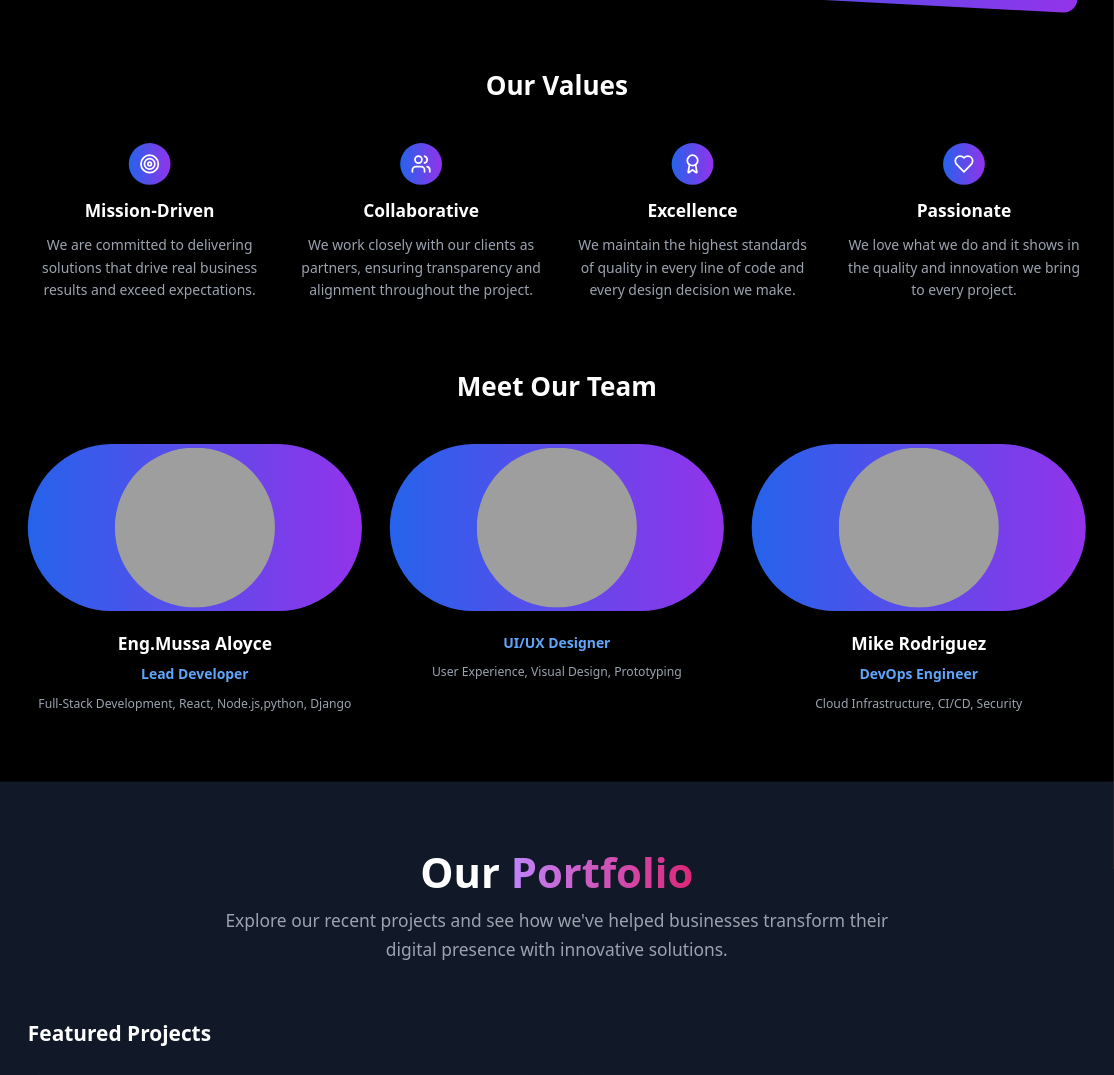
Repository: naza-webtech/nazawebtech.com
Page: /
These files come from the project's save history. The page is drawn as it stood at one moment and after a run of saves; the edit follows.
The browser window is 1280 px wide. The pictures show the part of the page from y = 3674 to 4910 px (the page is 9097 px tall), at 87% of full size.
Pictures or frames that could not be fetched are drawn as grey boxes. The project was rebuilt for these pictures with package versions that can differ from the ones it lists, and the page was loaded fresh each time. Also part of the build but not shown: vite.config.ts.

Above is the page before, as saved 2025-11-14 09:19:29.

### index.html
<!doctype html>
<html lang="en">
  <head>
    <meta charset="UTF-8" />
    <link rel="icon" type="image/svg+xml" href="/vite.svg" />
    <meta name="viewport" content="width=device-width, initial-scale=1.0" />
    <title>NazaWebTech - Web Development & Digital Solutions</title>
    <meta name="description" content="Transform your business with innovative web development, mobile apps, and digital solutions. Expert team delivering cutting-edge technology solutions.">
    <meta name="keywords" content="web development, mobile apps, e-commerce, digital solutions, React, Next.js, technology consulting">
  </head>
  <body>
    <div id="root"></div>
    <script type="module" src="/src/main.tsx"></script>
  </body>
</html>

### src/App.tsx
import React from 'react';
import Header from './components/Header';
import Hero from './components/Hero';
import Services from './components/Services';
import About from './components/About';
import Portfolio from './components/Portfolio';
import Testimonials from './components/Testimonials';
import Contact from './components/Contact';
import Footer from './components/Footer';

function App() {
  return (
    <div className="bg-black">
      <Header />
      <Hero />
      <Services />
      <About />
      <Portfolio />
      <Testimonials />
      <Contact />
      <Footer />
    </div>
  );
}

export default App;

### src/components/Header.tsx
import React, { useState, useEffect } from 'react';
import { Menu, X, Code2 } from 'lucide-react';

const Header = () => {
  const [isMenuOpen, setIsMenuOpen] = useState(false);
  const [isScrolled, setIsScrolled] = useState(false);

  useEffect(() => {
    const handleScroll = () => {
      setIsScrolled(window.scrollY > 50);
    };
    window.addEventListener('scroll', handleScroll);
    return () => window.removeEventListener('scroll', handleScroll);
  }, []);

  const navItems = [
    { label: 'Home', href: '#home' },
    { label: 'Services', href: '#services' },
    { label: 'About', href: '#about' },
    { label: 'Portfolio', href: '#portfolio' },
    { label: 'Contact', href: '#contact' },
  ];

  const scrollToSection = (href: string) => {
    const element = document.querySelector(href);
    if (element) {
      element.scrollIntoView({ behavior: 'smooth' });
      setIsMenuOpen(false);
    }
  };

  return (
    <header className={`fixed top-0 left-0 right-0 z-50 transition-all duration-300 ${
      isScrolled ? 'bg-gray-900/95 backdrop-blur-md shadow-lg' : 'bg-transparent'
    }`}>
      <div className="max-w-7xl mx-auto px-4 sm:px-6 lg:px-8">
        <div className="flex items-center justify-between h-16">
          <div className="flex items-center space-x-2">
            <Code2 className="h-8 w-8 text-blue-500" />
            <span className="text-xl font-bold text-white">NazaWebTech</span>
          </div>

          <nav className="hidden md:flex items-center space-x-8">
            {navItems.map((item) => (
              <button
                key={item.label}
                onClick={() => scrollToSection(item.href)}
                className="text-gray-300 hover:text-white transition-colors duration-200 font-medium"
              >
                {item.label}
              </button>
            ))}
            <button
              onClick={() => scrollToSection('#contact')}
              className="bg-blue-600 hover:bg-blue-700 text-white px-6 py-2 rounded-full transition-colors duration-200 font-medium"
            >
              Get Started
            </button>
          </nav>

          <button
            className="md:hidden text-white"
            onClick={() => setIsMenuOpen(!isMenuOpen)}
          >
            {isMenuOpen ? <X size={24} /> : <Menu size={24} />}
          </button>
        </div>

        {/* Mobile menu */}
        {isMenuOpen && (
          <div className="md:hidden bg-gray-900/95 backdrop-blur-md rounded-lg mt-2 p-4">
            {navItems.map((item) => (
              <button
                key={item.label}
                onClick={() => scrollToSection(item.href)}
                className="block w-full text-left text-gray-300 hover:text-white py-2 transition-colors duration-200"
              >
                {item.label}
              </button>
            ))}
            <button
              onClick={() => scrollToSection('#contact')}
              className="w-full bg-blue-600 hover:bg-blue-700 text-white px-6 py-2 rounded-full transition-colors duration-200 mt-4"
            >
              Get Started
            </button>
          </div>
        )}
      </div>
    </header>
  );
};

export default Header;

### src/components/Hero.tsx
import React from 'react';
import { ArrowRight, Play } from 'lucide-react';

const Hero = () => {
  const scrollToSection = (href: string) => {
    const element = document.querySelector(href);
    if (element) {
      element.scrollIntoView({ behavior: 'smooth' });
    }
  };

  return (
    <section id="home" className="relative min-h-screen flex items-center justify-center overflow-hidden">
      {/* Background */}
      <div className="absolute inset-0 bg-gradient-to-br from-gray-900 via-gray-800 to-black">
        <div className="absolute inset-0 bg-[url('https://images.pexels.com/photos/546819/pexels-photo-546819.jpeg')] bg-cover bg-center opacity-10"></div>
        <div className="absolute inset-0 bg-gradient-to-r from-blue-600/20 to-purple-600/20"></div>
      </div>

      {/* Animated particles */}
      <div className="absolute inset-0">
        {[...Array(20)].map((_, i) => (
          <div
            key={i}
            className="absolute w-2 h-2 bg-blue-500 rounded-full opacity-30 animate-pulse"
            style={{
              left: `${Math.random() * 100}%`,
              top: `${Math.random() * 100}%`,
              animationDelay: `${Math.random() * 3}s`,
              animationDuration: `${2 + Math.random() * 3}s`,
            }}
          />
        ))}
      </div>

      <div className="relative z-10 max-w-7xl mx-auto px-4 sm:px-6 lg:px-8 text-center">
        <div className="max-w-4xl mx-auto">
          <h1 className="text-5xl md:text-7xl font-bold text-white mb-6 leading-tight">
            <span className="bg-gradient-to-r from-blue-400 to-purple-600 bg-clip-text text-transparent">
              Crafting
            </span>{' '}
            Digital Excellence
          </h1>

          <p className="text-xl md:text-2xl text-gray-300 mb-8 leading-relaxed max-w-3xl mx-auto">
            We transform your vision into powerful digital experiences through cutting-edge web development,
            innovative design, and strategic technology solutions.
          </p>

          <div className="flex flex-col sm:flex-row items-center justify-center gap-4 mb-12">
            <button
              onClick={() => scrollToSection('#services')}
              className="group bg-blue-600 hover:bg-blue-700 text-white px-8 py-4 rounded-full font-semibold transition-all duration-300 transform hover:scale-105 hover:shadow-xl flex items-center gap-2"
            >
              Explore Our Services
              <ArrowRight className="w-5 h-5 group-hover:translate-x-1 transition-transform duration-300" />
            </button>

            <button
              onClick={() => scrollToSection('#portfolio')}
              className="group bg-transparent border-2 border-white text-white hover:bg-white hover:text-gray-900 px-8 py-4 rounded-full font-semibold transition-all duration-300 flex items-center gap-2"
            >
              <Play className="w-5 h-5" />
              View Our Work
            </button>
          </div>

          <div className="grid grid-cols-1 md:grid-cols-3 gap-8 mt-16">
            <div className="text-center">
              <div className="text-4xl font-bold text-blue-400 mb-2">50+</div>
              <div className="text-gray-400">Projects Completed</div>
            </div>
            <div className="text-center">
              <div className="text-4xl font-bold text-emerald-400 mb-2">5+</div>
              <div className="text-gray-400">Years Experience</div>
            </div>
            <div className="text-center">
              <div className="text-4xl font-bold text-orange-400 mb-2">100%</div>
              <div className="text-gray-400">Client Satisfaction</div>
            </div>
          </div>
        </div>
      </div>

      {/* Scroll indicator */}
      <div className="absolute bottom-8 left-1/2 transform -translate-x-1/2 animate-bounce">
        <div className="w-6 h-10 border-2 border-white rounded-full flex justify-center">
          <div className="w-1 h-3 bg-white rounded-full mt-2 animate-pulse"></div>
        </div>
      </div>
    </section>
  );
};

export default Hero;

### src/components/About.tsx
import React from 'react';
import { Users, Award, Target, Heart } from 'lucide-react';

const About = () => {
  const values = [
    {
      icon: <Target className="w-6 h-6" />,
      title: 'Mission-Driven',
      description: 'We are committed to delivering solutions that drive real business results and exceed expectations.'
    },
    {
      icon: <Users className="w-6 h-6" />,
      title: 'Collaborative',
      description: 'We work closely with our clients as partners, ensuring transparency and alignment throughout the project.'
    },
    {
      icon: <Award className="w-6 h-6" />,
      title: 'Excellence',
      description: 'We maintain the highest standards of quality in every line of code and every design decision we make.'
    },
    {
      icon: <Heart className="w-6 h-6" />,
      title: 'Passionate',
      description: 'We love what we do and it shows in the quality and innovation we bring to every project.'
    }
  ];

  const team = [
    {
      name: 'Eng.Mussa Aloyce',
      role: 'Lead Developer',
      image: 'p',
      expertise: 'Full-Stack Development, React, Node.js,python, Django'
    },
    {
      name: '',
      role: 'UI/UX Designer',
      image: 'https://images.pexels.com/photos/774909/pexels-photo-774909.jpeg',
      expertise: 'User Experience, Visual Design, Prototyping'
    },
    {
      name: 'Mike Rodriguez',
      role: 'DevOps Engineer',
      image: 'https://images.pexels.com/photos/697509/pexels-photo-697509.jpeg',
      expertise: 'Cloud Infrastructure, CI/CD, Security'
    }
  ];

  return (
    <section id="about" className="py-20 bg-black">
      <div className="max-w-7xl mx-auto px-4 sm:px-6 lg:px-8">
        <div className="text-center mb-16">
          <h2 className="text-4xl md:text-5xl font-bold text-white mb-4">
            About <span className="bg-gradient-to-r from-emerald-400 to-blue-600 bg-clip-text text-transparent">NazaWebTech</span>
          </h2>
          <p className="text-xl text-gray-400 max-w-3xl mx-auto leading-relaxed">
            We're a passionate team of developers, designers, and strategists dedicated to creating
            exceptional digital experiences that drive business growth.
          </p>
        </div>

        <div className="grid grid-cols-1 lg:grid-cols-2 gap-16 items-center mb-20">
          <div>
            <h3 className="text-3xl font-bold text-white mb-6">Our Story</h3>
            <p className="text-gray-300 mb-6 leading-relaxed">
              Founded in 2019, NazaWebTech began as a vision to bridge the gap between cutting-edge
              technology and business success. We've grown from a small startup to a trusted partner
              for businesses ranging from startups to enterprise corporations.
            </p>
            <p className="text-gray-300 mb-6 leading-relaxed">
              Our approach combines technical expertise with deep business understanding, ensuring
              that every solution we create not only works flawlessly but also drives measurable
              results for our clients.
            </p>
            <div className="flex items-center space-x-8">
              <div>
                <div className="text-2xl font-bold text-emerald-400">50+</div>
                <div className="text-gray-400 text-sm">Happy Clients</div>
              </div>
              <div>
                <div className="text-2xl font-bold text-blue-400">100+</div>
                <div className="text-gray-400 text-sm">Projects</div>
              </div>
              <div>
                <div className="text-2xl font-bold text-orange-400">5+</div>
                <div className="text-gray-400 text-sm">Years</div>
              </div>
            </div>
          </div>

          <div className="relative">
            <div className="absolute inset-0 bg-gradient-to-r from-blue-600 to-purple-600 rounded-2xl transform rotate-3"></div>
            <img
              src="https://images.pexels.com/photos/3183150/pexels-photo-3183150.jpeg"
              alt="Team working"
              className="relative rounded-2xl w-full h-96 object-cover"
            />
          </div>
        </div>

        <div className="mb-20">
          <h3 className="text-3xl font-bold text-white text-center mb-12">Our Values</h3>
          <div className="grid grid-cols-1 md:grid-cols-2 lg:grid-cols-4 gap-8">
            {values.map((value, index) => (
              <div key={index} className="text-center">
                <div className="bg-gradient-to-r from-blue-600 to-purple-600 w-12 h-12 rounded-full flex items-center justify-center mx-auto mb-4 text-white">
                  {value.icon}
                </div>
                <h4 className="text-xl font-bold text-white mb-3">{value.title}</h4>
                <p className="text-gray-400 leading-relaxed">{value.description}</p>
              </div>
            ))}
          </div>
        </div>

        <div>
          <h3 className="text-3xl font-bold text-white text-center mb-12">Meet Our Team</h3>
          <div className="grid grid-cols-1 md:grid-cols-3 gap-8">
            {team.map((member, index) => (
              <div key={index} className="group text-center">
                <div className="relative mb-6">
                  <div className="absolute inset-0 bg-gradient-to-r from-blue-600 to-purple-600 rounded-full transform group-hover:scale-105 transition-transform duration-300"></div>
                  <img
                    src={member.image}
                    alt={member.name}
                    className="relative w-48 h-48 rounded-full object-cover mx-auto p-1"
                  />
                </div>
                <h4 className="text-xl font-bold text-white mb-2">{member.name}</h4>
                <p className="text-blue-400 font-semibold mb-3">{member.role}</p>
                <p className="text-gray-400 text-sm">{member.expertise}</p>
              </div>
            ))}
          </div>
        </div>
      </div>
    </section>
  );
};

export default About;

### src/components/Testimonials.tsx
import React from 'react';
import { Star, Quote } from 'lucide-react';

const Testimonials = () => {
  const testimonials = [
    {
      name: 'M',
      role: 'CEO, TechStart Inc.',
      image: 'https://images.pexels.com/photos/415829/pexels-photo-415829.jpeg',
      content: 'NazaWebTech transformed our outdated website into a modern, high-performing platform that increased our conversions by 200%. Their attention to detail and technical expertise is unmatched.',
      rating: 5
    },
    {
      name: 'David Kim',
      role: 'Founder, EcoCommerce',
      image: 'https://images.pexels.com/photos/1222271/pexels-photo-1222271.jpeg',
      content: 'Working with NazaWebTech was a game-changer for our e-commerce business. They delivered a scalable solution that handles our peak traffic seamlessly. Highly recommended!',
      rating: 5
    },
    {
      name: 'Maria Santos',
      role: 'CTO, HealthTech Solutions',
      image: 'https://images.pexels.com/photos/733872/pexels-photo-733872.jpeg',
      content: 'The team\'s expertise in healthcare technology and compliance requirements was impressive. They delivered a HIPAA-compliant platform that exceeds all our expectations.',
      rating: 5
    },
    {
      name: 'Robert Chen',
      role: 'Director, Financial Services',
      image: 'https://images.pexels.com/photos/1043471/pexels-photo-1043471.jpeg',
      content: 'Security and performance were our top priorities, and NazaWebTech delivered on both fronts. Our mobile app has been running flawlessly with zero security incidents.',
      rating: 5
    }
  ];

  return (
    <section className="py-20 bg-black">
      <div className="max-w-7xl mx-auto px-4 sm:px-6 lg:px-8">
        <div className="text-center mb-16">
          <h2 className="text-4xl md:text-5xl font-bold text-white mb-4">
            What Our <span className="bg-gradient-to-r from-yellow-400 to-orange-600 bg-clip-text text-transparent">Clients Say</span>
          </h2>
          <p className="text-xl text-gray-400 max-w-3xl mx-auto leading-relaxed">
            Don't just take our word for it. Here's what our clients have to say about
            working with NazaWebTech.
          </p>
        </div>

        <div className="grid grid-cols-1 md:grid-cols-2 gap-8">
          {testimonials.map((testimonial, index) => (
            <div
              key={index}
              className="group bg-gray-900/50 backdrop-blur-sm rounded-2xl p-8 border border-gray-700/50 hover:border-yellow-500/50 transition-all duration-300 hover:transform hover:scale-105 hover:shadow-2xl relative"
            >
              <Quote className="absolute top-6 right-6 w-8 h-8 text-yellow-500/20" />

              <div className="flex items-center mb-6">
                <img
                  src={testimonial.image}
                  alt={testimonial.name}
                  className="w-16 h-16 rounded-full object-cover mr-4"
                />
                <div>
                  <h4 className="text-xl font-bold text-white">{testimonial.name}</h4>
                  <p className="text-gray-400">{testimonial.role}</p>
                </div>
              </div>

              <div className="flex mb-4">
                {[...Array(testimonial.rating)].map((_, starIndex) => (
                  <Star key={starIndex} className="w-5 h-5 text-yellow-500 fill-current" />
                ))}
              </div>

              <p className="text-gray-300 leading-relaxed italic">
                "{testimonial.content}"
              </p>
            </div>
          ))}
        </div>

        <div className="text-center mt-16">
          <div className="inline-flex items-center space-x-8 bg-gray-900/50 rounded-full px-8 py-4 border border-gray-700/50">
            <div className="text-center">
              <div className="text-2xl font-bold text-yellow-400">4.9/5</div>
              <div className="text-gray-400 text-sm">Average Rating</div>
            </div>
            <div className="w-px h-12 bg-gray-700"></div>
            <div className="text-center">
              <div className="text-2xl font-bold text-yellow-400">50+</div>
              <div className="text-gray-400 text-sm">Happy Clients</div>
            </div>
            <div className="w-px h-12 bg-gray-700"></div>
            <div className="text-center">
              <div className="text-2xl font-bold text-yellow-400">100%</div>
              <div className="text-gray-400 text-sm">Satisfaction</div>
            </div>
          </div>
        </div>
      </div>
    </section>
  );
};

export default Testimonials;

Loaded but not shown: src/main.tsx (common file); src/index.css (common file); tailwind.config.js (common file); src/components/Portfolio.tsx (201 lines, source omitted); src/components/Contact.tsx (201 lines, source omitted); src/components/Services.tsx (136 lines, source omitted); src/components/Footer.tsx (142 lines, source omitted)

After the next 4 saves:
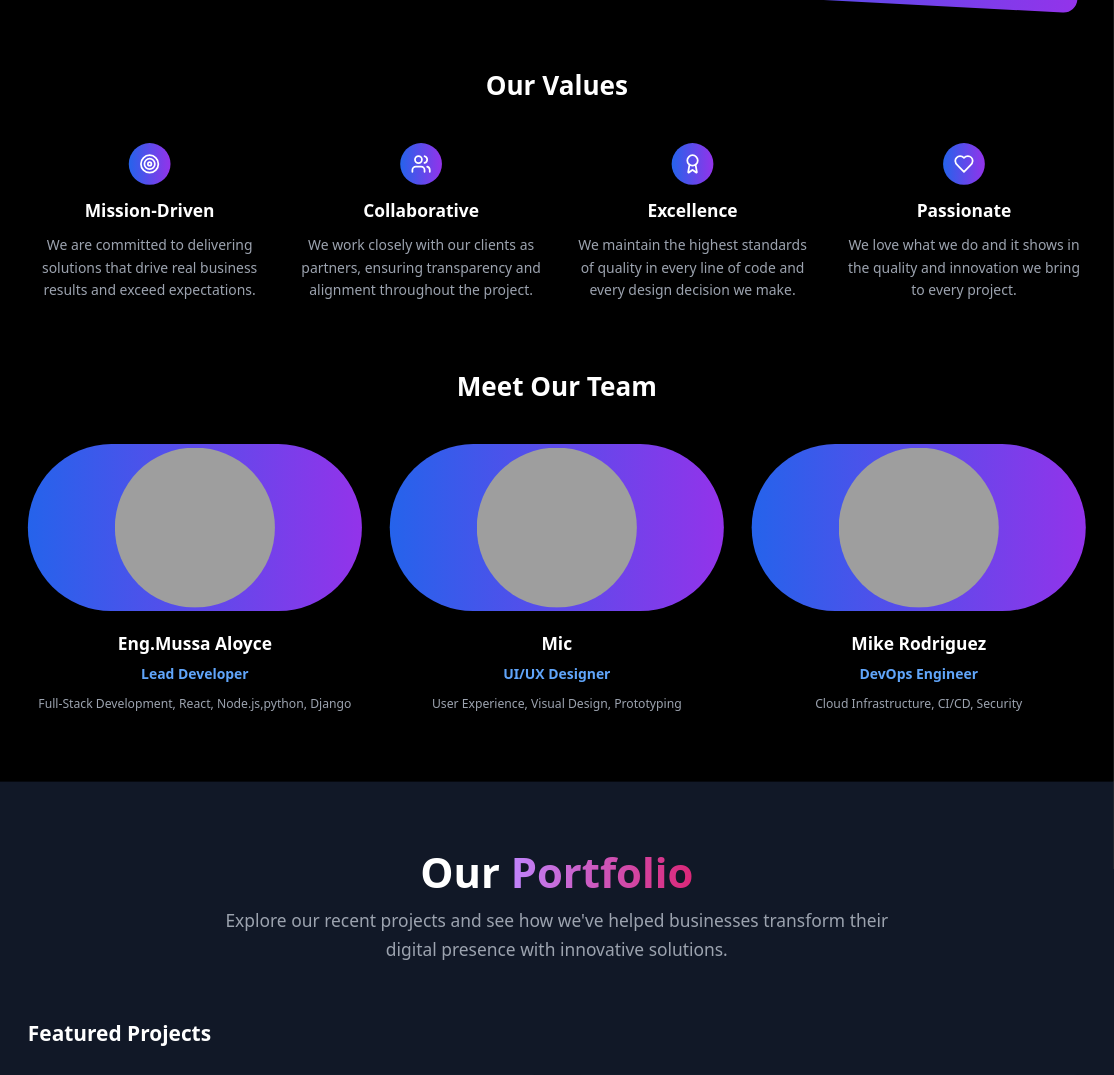
The 4 saves are shown as one change because they came seconds apart.
The last was saved 16 s later.
--- a/src/components/About.tsx
+++ b/src/components/About.tsx
@@ -33,7 +33,7 @@ const About = () => {
       expertise: 'Full-Stack Development, React, Node.js,python, Django'
     },
     {
-      name: '',
+      name: 'Mic',
       role: 'UI/UX Designer',
       image: 'https://images.pexels.com/photos/774909/pexels-photo-774909.jpeg',
       expertise: 'User Experience, Visual Design, Prototyping'
